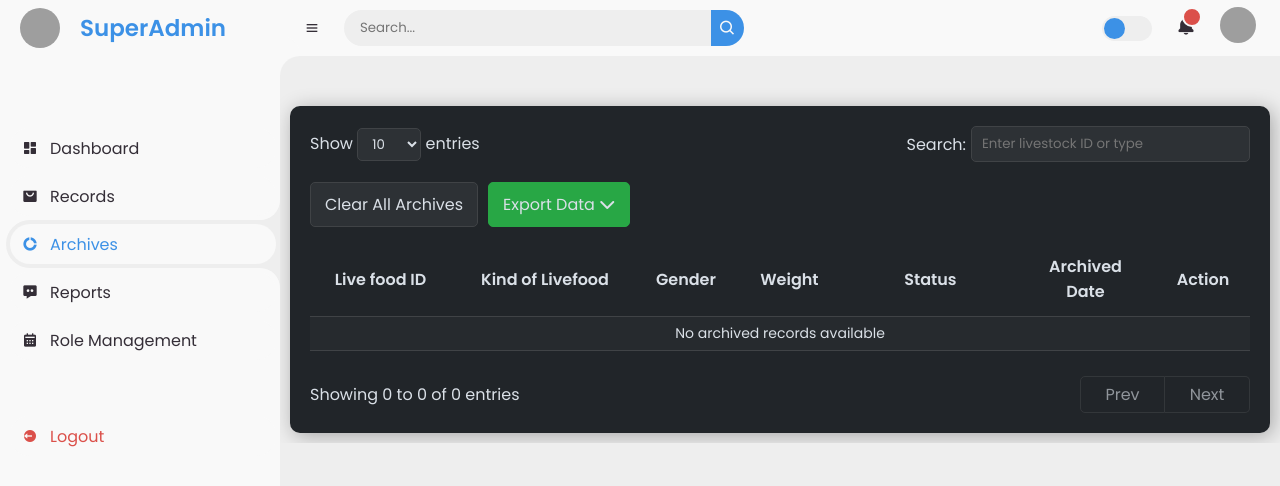
Repository: gaelly-ace/Capstone-System
Page: archive.html
The author's editor kept a copy of each file at every save. The page is drawn from the files as they stood at one save, then again after the next save.
The browser window is 1280 px wide. The pictures show the whole page.
Pictures or frames that could not be fetched are drawn as grey boxes.

Above is the page before, as saved 2025-10-14 15:46:14.

### archive.html
<!DOCTYPE html>
<html lang="en">
<head>
    <meta charset="UTF-8">
    <meta name="viewport" content="width=device-width, initial-scale=1.0">

    <!-- Boxicons -->
    <link href='https://unpkg.com/boxicons@2.0.9/css/boxicons.min.css' rel='stylesheet'>
    <!--Font Awesome CDN-->
    <link rel="stylesheet" href="https://cdnjs.cloudflare.com/ajax/libs/font-awesome/6.2.1/css/all.min.css" integrity="sha512-MV7K8+y+gLIBoVD59lQIYicR65iaqukzvf/nwasF0nqhPay5w/9lJmVM2hMDcnK1OnMGCdVK+iQrJ7lzPJQd1w==" crossorigin="anonymous" referrerpolicy="no-referrer" />
    <!-- SheetJS for Excel export -->
    <script src="https://cdnjs.cloudflare.com/ajax/libs/xlsx/0.18.5/xlsx.full.min.js"></script>
    <!-- jsPDF for PDF export -->
    <script src="https://cdnjs.cloudflare.com/ajax/libs/jspdf/2.5.1/jspdf.umd.min.js"></script>
    <script src="https://cdnjs.cloudflare.com/ajax/libs/jspdf-autotable/3.5.31/jspdf.plugin.autotable.min.js"></script>
	<!-- My CSS -->
	<link rel="stylesheet" href="archive.css">

<title>PSMO - Archives</title>
</head>
<body>

	<!-- SIDEBAR -->
	<section id="sidebar">
		<a href="index.html" class="brand">
			<img src="IMAGES/PSMO.png" class="logo">
			<span class="text">SuperAdmin</span>
		</a>
		<ul class="side-menu top">
			<li>
				<a href="index.html">
					<i class='bx bxs-dashboard' ></i>
					<span class="text">Dashboard</span>
				</a>
			</li>
			<li>
				<a href="records.html">
					<i class='bx bxs-shopping-bag-alt' ></i>
					<span class="text">Records</span>
				</a>
			</li>
			<li class="active">
				<a href="archives.html">
					<i class='bx bxs-doughnut-chart' ></i>
					<span class="text">Archives</span>
				</a>
			</li>
			<li>
				<a href="reports.html">
					<i class='bx bxs-message-dots' ></i>
					<span class="text">Reports</span>
				</a>
			</li>
            <li>
				<a href="team.html">
					<i class='bx bxs-calendar' ></i>
					<span class="text">Role Management</span>
				</a>
			</li>
		</ul>
		<ul class="side-menu">
			<li>
				<a href="sign.html" class="logout">
					<i class='bx bxs-log-out-circle' ></i>
					<span class="text">Logout</span>
				</a>
			</li>
		</ul>
	</section>
	<!-- SIDEBAR -->

	<!-- CONTENT -->
	<section id="content">
		<!-- NAVBAR -->
		<nav>
			<i class='bx bx-menu' ></i>
			<form action="#">
				<div class="form-input">
					<input type="search" placeholder="Search...">
					<button type="submit" class="search-btn"><i class='bx bx-search' ></i></button>
				</div>
			</form>
			<input type="checkbox" id="switch-mode" hidden>
			<label for="switch-mode" class="switch-mode"></label>
			<a href="notif.html" class="notification">
				<i class='bx bxs-bell' ></i>
				<span class="num"></span>
			</a>
			<a href="profile.html" class="profile">
				<img src="IMAGES/" id="navbar-profile-img">
			</a>
		</nav>
		<!-- NAVBAR -->

		 <!-- ARCHIVED RECORDS -->
        <div class="container">
            <header>
                <div class="filterEntries">
                    <div class="entries">
                        Show <select name="" id="table_size">
                            <option value="10">10</option>
                            <option value="20">20</option>
                            <option value="50">50</option>
                            <option value="100">100</option>
                        </select> entries
                    </div>

                    <div class="filter">
                        <label for="search">Search:</label>
                        <input type="search" name="" id="search" placeholder="Enter livestock ID or type">
                    </div>
                </div>

                <div class="actionButtons">
                    <button id="clearAllBtn" class="clearAllBtn">Clear All Archives</button>
                    <div class="exportMenu">
                        <button class="exportBtn">Export Data <i class="fas fa-chevron-down"></i></button>
                        <div class="exportOptions">
                            <button id="exportPDF">Export as PDF</button>
                            <button id="exportExcel">Export as Excel</button>
                        </div>
                    </div>
                </div>
            </header>

            <div class="table-container">
                <table>
                    <thead>
                        <tr class="heading">
                            <th>Live food ID</th>
                            <th>Kind of Livefood</th>
                            <th>Gender</th>
                            <th>Weight</th>
                            <th>Status</th>
                            <th>Archived Date</th>
                            <th>Action</th>
                        </tr>
                    </thead>
                    <tbody class="userInfo">
                        <!-- Data will be displayed here automatically -->
                    </tbody>
                </table>
            </div>

            <footer>
                <span class="showEntries">Showing 1 to 10 of 0 entries</span>
                <div class="pagination">
                    <!-- Pagination buttons will be generated here -->
                </div>
            </footer>
        </div>

        <!-- Confirmation Modal -->
        <div class="confirmation_bg">
            <div class="confirmation_popup">
                <header>
                    <h2 class="confirmationTitle">Confirm Action</h2>
                    <button class="closeConfirmBtn">&times;</button>
                </header>
                <div class="confirmation-body">
                    <p id="confirmationMessage">Are you sure you want to perform this action?</p>
                </div>
                <footer class="confirmationFooter">
                    <button class="cancelConfirmBtn">Cancel</button>
                    <button class="confirmBtn">Confirm</button>
                </footer>
            </div>
        </div>

        <!-- ARCHIVED RECORDS ENDS HERE -->
    </section>
    <!-- CONTENT -->

    <script src="archive.js"></script>
</body>
</html>

### archive.css
@import url('https://fonts.googleapis.com/css2?family=Lato:wght@400;700&family=Poppins:wght@400;500;600;700&display=swap');

* {
    margin: 0;
    padding: 0;
    box-sizing: border-box;
}

a {
    text-decoration: none;
}

li {
    list-style: none;
}

:root {
    --poppins: 'Poppins', sans-serif;
    --lato: 'Lato', sans-serif;

    --light: #F9F9F9;
    --blue: #3C91E6;
    --light-blue: #CFE8FF;
    --grey: #eee;
    --dark-grey: #AAAAAA;
    --dark: #342E37;
    --red: #DB504A;
    --yellow: #FFCE26;
    --light-yellow: #FFF2C6;
    --orange: #FD7238;
    --light-orange: #FFE0D3;
}

html {
    overflow-x: hidden;
}

body.dark {
    --light: #0C0C1E;
    --grey: #060714;
    --dark: #FBFBFB;
}

body {
    background: var(--grey);
    overflow-x: hidden;
}

/* SIDEBAR */
#sidebar {
    position: fixed;
    top: 0;
    left: 0;
    width: 280px;
    height: 100%;
    background: var(--light);
    z-index: 2000;
    font-family: var(--lato);
    transition: .3s ease;
    overflow-x: hidden;
    scrollbar-width: none;
}
#sidebar::--webkit-scrollbar {
    display: none;
}
#sidebar.hide {
    width: 60px;
}
#sidebar .brand {
    font-size: 23px;
    font-weight: 600;
    height: 56px;
    display: flex;
    align-items: center;
    color: var(--blue);
    position: sticky;
    top: 0;
    left: 0;
    background: var(--light);
    z-index: 500;
    padding-bottom: 20px;
    box-sizing: content-box;
}
#sidebar .brand .bx {
    min-width: 60px;
    display: flex;
    justify-content: center;
}
#sidebar .side-menu {
    width: 100%;
    margin-top: 48px;
}
#sidebar .side-menu li {
    height: 48px;
    background: transparent;
    margin-left: 6px;
    border-radius: 48px 0 0 48px;
    padding: 4px;
}
#sidebar .side-menu li.active {
    background: var(--grey);
    position: relative;
}
#sidebar .side-menu li.active::before {
    content: '';
    position: absolute;
    width: 40px;
    height: 40px;
    border-radius: 50%;
    top: -40px;
    right: 0;
    box-shadow: 20px 20px 0 var(--grey);
    z-index: -1;
}
#sidebar .side-menu li.active::after {
    content: '';
    position: absolute;
    width: 40px;
    height: 40px;
    border-radius: 50%;
    bottom: -40px;
    right: 0;
    box-shadow: 20px -20px 0 var(--grey);
    z-index: -1;
}
#sidebar .side-menu li a {
    width: 100%;
    height: 100%;
    background: var(--light);
    display: flex;
    align-items: center;
    border-radius: 48px;
    font-size: 16px;
    color: var(--dark);
    white-space: nowrap;
    overflow-x: hidden;
}
#sidebar .side-menu.top li.active a {
    color: var(--blue);
}
#sidebar.hide .side-menu li a {
    width: calc(48px - (4px * 2));
    transition: width .3s ease;
}
#sidebar .side-menu li a.logout {
    color: var(--red);
}
#sidebar .side-menu.top li a:hover {
    color: var(--blue);
}
#sidebar .side-menu li a .bx {
    min-width: calc(60px  - ((4px + 6px) * 2));
    display: flex;
    justify-content: center;
}

.logo {
    width: 80px;
    height: 80px;
    border-radius: 50%;
    padding: 20px;
}

/* CONTENT */
#content {
    position: relative;
    width: calc(100% - 280px);
    left: 280px;
    transition: .3s ease;
}
#sidebar.hide ~ #content {
    width: calc(100% - 60px);
    left: 60px;
}

/* NAVBAR */
#content nav {
    height: 56px;
    background: var(--light);
    padding: 0 24px;
    display: flex;
    align-items: center;
    grid-gap: 24px;
    font-family: var(--lato);
    position: sticky;
    top: 0;
    left: 0;
    z-index: 1000;
}
#content nav::before {
    content: '';
    position: absolute;
    width: 40px;
    height: 40px;
    bottom: -40px;
    left: 0;
    border-radius: 50%;
    box-shadow: -20px -20px 0 var(--light);
}
#content nav a {
    color: var(--dark);
}
#content nav .bx.bx-menu {
    cursor: pointer;
    color: var(--dark);
}
#content nav .nav-link {
    font-size: 16px;
    transition: .3s ease;
}
#content nav .nav-link:hover {
    color: var(--blue);
}
#content nav form {
    max-width: 400px;
    width: 100%;
    margin-right: auto;
}
#content nav form .form-input {
    display: flex;
    align-items: center;
    height: 36px;
}
#content nav form .form-input input {
    flex-grow: 1;
    padding: 0 16px;
    height: 100%;
    border: none;
    background: var(--grey);
    border-radius: 36px 0 0 36px;
    outline: none;
    width: 100%;
    color: var(--dark);
}
#content nav form .form-input button {
    width: 36px;
    height: 100%;
    display: flex;
    justify-content: center;
    align-items: center;
    background: var(--blue);
    color: var(--light);
    font-size: 18px;
    border: none;
    outline: none;
    border-radius: 0 36px 36px 0;
    cursor: pointer;
}
#content nav .notification {
    font-size: 20px;
    position: relative;
}
#content nav .notification .num {
    position: absolute;
    top: -6px;
    right: -6px;
    width: 20px;
    height: 20px;
    border-radius: 50%;
    border: 2px solid var(--light);
    background: var(--red);
    color: var(--light);
    font-weight: 700;
    font-size: 12px;
    display: flex;
    justify-content: center;
    align-items: center;
}
#content nav .profile img {
    width: 36px;
    height: 36px;
    object-fit: cover;
    border-radius: 50%;
}
#content nav .switch-mode {
    display: block;
    min-width: 50px;
    height: 25px;
    border-radius: 25px;
    background: var(--grey);
    cursor: pointer;
    position: relative;
}
#content nav .switch-mode::before {
    content: '';
    position: absolute;
    top: 2px;
    left: 2px;
    bottom: 2px;
    width: calc(25px - 4px);
    background: var(--blue);
    border-radius: 50%;
    transition: all .3s ease;
}
#content nav #switch-mode:checked + .switch-mode::before {
    left: calc(100% - (25px - 4px) - 2px);
}

/* ARCHIVES STYLES */
:root{
    --dark1: #0000004d;
    --dark2: #181c20;
    --dark3: #212529;
    --dark4: #2d3135;
    --dark5: #424549;
    --dark6: #404346;
    --dark7: #9c9c9c;
    --dark8: #dae0e7;
    --dark9: #262a2e;
    --red1: #902e31;
    --green: #28a745;
    --orange: #fd7e14;
    --purple: #6f42c1;
}

*{
    font-family: 'Poppins', sans-serif;
}

.container{
    padding: 20px;
    box-shadow: 3px 3px 20px var(--dark1);
    background: var(--dark3);
    border-radius: 10px;
    margin: 10px;
    margin-top: 50px;
}

.container header .filterEntries{
    display: flex;
    justify-content: space-between;
    align-items: center;
    margin-bottom: 20px;
}

.filterEntries .entries{
    color: var(--dark8);
}

.filterEntries .entries select, .filterEntries .filter input{
    padding: 7px 10px;
    border: 1px solid var(--dark6);
    color: var(--dark8);
    background: var(--dark4);
    border-radius: 5px;
    outline: none;
    transition: 0.3s;
    cursor: pointer;
}

.filterEntries .entries select{
    padding: 5px 10px;
}

.filterEntries .filter{
    display: flex;
    align-items: center;
}

.filter label{
    color: var(--dark8);
    margin-right: 5px;
}

.filter input:focus{
    border-color: var(--dark7);
}

.container header .actionButtons {
    margin-bottom: 15px;
    display: flex;
    gap: 10px;
    align-items: center;
}

.actionButtons button{
    padding: 9px 14px;
    color: var(--dark8);
    background: transparent;
    font-size: 16px;
    cursor: pointer;
    pointer-events: auto;
    outline: none;
    border: 1px solid var(--dark6);
    background: var(--dark4);
    border-radius: 5px;
}

.actionButtons button:hover{
    background: var(--dark5);
}

.exportBtn {
    background: var(--green) !important;
    border-color: var(--green) !important;
}

.exportBtn:hover {
    background: #218838 !important;
}

.container table{
    border-collapse: collapse;
    text-align: left;
    width: 100%;
    table-layout: fixed;
}

table .heading{
    background: var(--dark5);
    background: transparent;
    color: var(--dark8);
}

table .heading th:hover{
    background: var(--dark4);
    transition: 0.3s;
}

table tr th, table tr td{
    padding: 8px 12px;
    color: var(--dark8);
    vertical-align: middle;
    text-align: center;
    word-wrap: break-word;
    overflow-wrap: break-word;
    white-space: normal;
}

table tr th{
    padding: 12px 15px;
    font-weight: 600;
}

table tr td img{
    vertical-align: middle;
}
table tr:hover{
    cursor: pointer;
    background: var(--dark9);
}

table tr td{
    border-bottom: 1px solid var(--dark6);
}

table tbody tr:first-child td{
    border-top: 1px solid var(--dark6);
}

table tbody tr:nth-child(odd){
    background: var(--dark9);
}

table tr td{
    font-size: 14px;
}

/* Set specific column widths that work within screen bounds */
.container table th:nth-child(1),
.container table td:nth-child(1) {
    width: 15%;
}

.container table th:nth-child(2),
.container table td:nth-child(2) {
    width: 20%;
}

.container table th:nth-child(3),
.container table td:nth-child(3) {
    width: 10%;
}

.container table th:nth-child(4),
.container table td:nth-child(4) {
    width: 12%;
}

.container table th:nth-child(5),
.container table td:nth-child(5) {
    width: 18%;
}

.container table th:nth-child(6),
.container table td:nth-child(6) {
    width: 15%;
}

.container table th:nth-child(7),
.container table td:nth-child(7) {
    width: 10%;
}

table td button{
    margin: 2px;
    padding: 5px 8px;
    background: var(--dark5);
    color: var(--dark8);
    font-size: 12px;
    cursor: pointer;
    pointer-events: auto;
    outline: none;
    border: 1px solid var(--dark7);
    border-radius: 3px;
}

.unarchiveBtn {
    background: var(--red) !important;
    border-color: var(--red) !important;
    color: white !important;
}

.unarchiveBtn:hover {
    background: #c1432d !important;
}

.container footer{
    margin-top: 25px;
    font-size: 16px;
    display: flex;
    justify-content: space-between;
    align-items: center;
}

.container footer span{
    color: var(--dark8);
}

footer .pagination{
    display: flex;
}

footer .pagination button{
    width: 40px;
    padding: 5px 0;
    color: var(--dark8);
    background: transparent;
    font-size: 16px;
    cursor: pointer;
    pointer-events: auto;
    outline: none;
    border: 1px solid var(--dark6);
    border-left: none;
    margin: 0;
}

.pagination button:first-child{
    width: 85px;
    border-top-left-radius: 5px;
    border-bottom-left-radius: 5px;
    border-left: 1px solid var(--dark6);
    opacity: 0.6;
    pointer-events: none;
}

.pagination button:last-child{
    width: 85px;
    border-top-right-radius: 5px;
    border-bottom-right-radius: 5px;
    opacity: 0.6;
    pointer-events: none;
}

.pagination button.active, .pagination button:hover{
    background: var(--red1);
}

.pagination button.act:first-child{
    opacity: 1;
    pointer-events: auto;
}

.pagination button.act:last-child{
    opacity: 1;
    pointer-events: auto;
}

table tr .empty{
    padding: 6px;
    background: var(--dark9);
}

.exportMenu {
    position: relative;
    display: inline-block;
}

.exportOptions {
    display: none;
    position: absolute;
    background-color: var(--dark4);
    min-width: 160px;
    box-shadow: 0px 8px 16px 0px rgba(0,0,0,0.2);
    border-radius: 5px;
    z-index: 1;
    top: 100%;
    right: 0;
}

.exportOptions button {
    color: var(--dark8);
    padding: 12px 16px;
    text-decoration: none;
    display: block;
    width: 100%;
    text-align: left;
    border: none;
    background: none;
    cursor: pointer;
}

.exportOptions button:hover {
    background-color: var(--dark5);
}

.exportMenu:hover .exportOptions {
    display: block;
}

/* Confirmation Modal */
.confirmation_bg{
    position: fixed;
    top: 0;
    left: 0;
    width: 100%;
    height: 100%;
    background: rgba(0,0,0,0.6);
    display: flex;
    justify-content: center;
    align-items: center;
    opacity: 0;
    visibility: hidden;
    z-index: 9999;
    transition: all 0.3s ease;
}

.confirmation_bg.active {
    opacity: 1;
    visibility: visible;
}

.confirmation_popup{
    border-radius: 5px;
    box-shadow: 3px 3px 20px rgba(0,0,0,0.3);
    background: var(--dark3);
    transition: 0.4s;
    user-select: none;
    transform: scale(0.7);
    opacity: 0;
    visibility: hidden;
    max-width: 500px;
    width: 90%;
    max-height: 300px;
}

.confirmation_bg.active .confirmation_popup {
    transform: scale(1);
    opacity: 1;
    visibility: visible;
}

.confirmation_popup header{
    display: flex;
    justify-content: space-between;
    align-items: center;
    border-bottom: 1px solid var(--dark7);
    padding: 15px 20px;
    color: var(--dark8);
}

.confirmation_popup header h2 {
    margin: 0;
    font-size: 18px;
}

.closeConfirmBtn{
    background: none;
    border: none;
    color: var(--dark8);
    font-size: 24px;
    cursor: pointer;
    padding: 5px 10px;
    border-radius: 3px;
    transition: background-color 0.3s;
}

.closeConfirmBtn:hover{
    background: var(--dark5);
}

.confirmation-body {
    padding: 20px;
    text-align: center;
}

.confirmation-body p {
    color: var(--dark8);
    font-size: 16px;
    margin: 0;
}

.confirmationFooter{
    border-top: 1px solid var(--dark7);
    padding: 15px 20px;
    text-align: right;
    display: flex;
    justify-content: flex-end;
    gap: 10px;
}

.cancelConfirmBtn, .confirmBtn {
    padding: 10px 20px;
    border: 1px solid var(--dark6);
    border-radius: 5px;
    cursor: pointer;
    font-size: 14px;
    transition: all 0.3s ease;
}

.cancelConfirmBtn {
    background: var(--dark4);
    color: var(--dark8);
}

.cancelConfirmBtn:hover {
    background: var(--dark5);
}

.confirmBtn {
    background: var(--red1);
    color: white;
    border-color: var(--red1);
}

.confirmBtn:hover {
    background: #7a252a;
}

/* Archive specific styles */
.archived-date {
    font-size: 12px;
    color: var(--dark7);
}

@media only screen and (max-width: 1024px) {
    .container table {
        width: 100%;
    }
}

@media only screen and (max-width: 810px) {
    .container table {
        width: 100%;
    }
}

@media only screen and (max-width: 768px) {
    .container table {
        font-size: 12px;
    }

    table tr th, table tr td {
        padding: 6px 4px;
    }

    .actionButtons {
        flex-wrap: wrap;
    }

    /* Adjust column widths for mobile */
    .container table th:nth-child(2),
    .container table td:nth-child(2) {
        width: 25%;
    }

    .container table th:nth-child(6),
    .container table td:nth-child(6) {
        display: none;
    }
}

@media only screen and (max-width: 480px) {
    .container table th:nth-child(4),
    .container table td:nth-child(4),
    .container table th:nth-child(5),
    .container table td:nth-child(5) {
        display: none;
    }

    .container table th:nth-child(2),
    .container table td:nth-child(2) {
        width: 40%;
    }
}

@media only screen and (max-width: 460px) {
    #content nav form .form-input input {
        display: none;
    }

    #content nav form .form-input button {
        width: auto;
        height: auto;
        background: transparent;
        border-radius: none;
        color: var(--dark);
    }

    #content nav form.show .form-input input {
        display: block;
        width: 100%;
    }
    #content nav form.show .form-input button {
        width: 26px;
        height: 100%;
        border-radius: 0 36px 36px 0;
        color: var(--light);
        background: var(--red);
    }

    .filter label {
        display: none;
    }

    .confirmation_popup {
        margin: 20px;
    }

    .confirmationFooter {
        flex-direction: column;
    }

    .cancelConfirmBtn, .confirmBtn {
        width: 100%;
        margin: 5px 0;
    }
}

Loaded but not shown: archive.js (532 lines, source omitted)

After the next save:
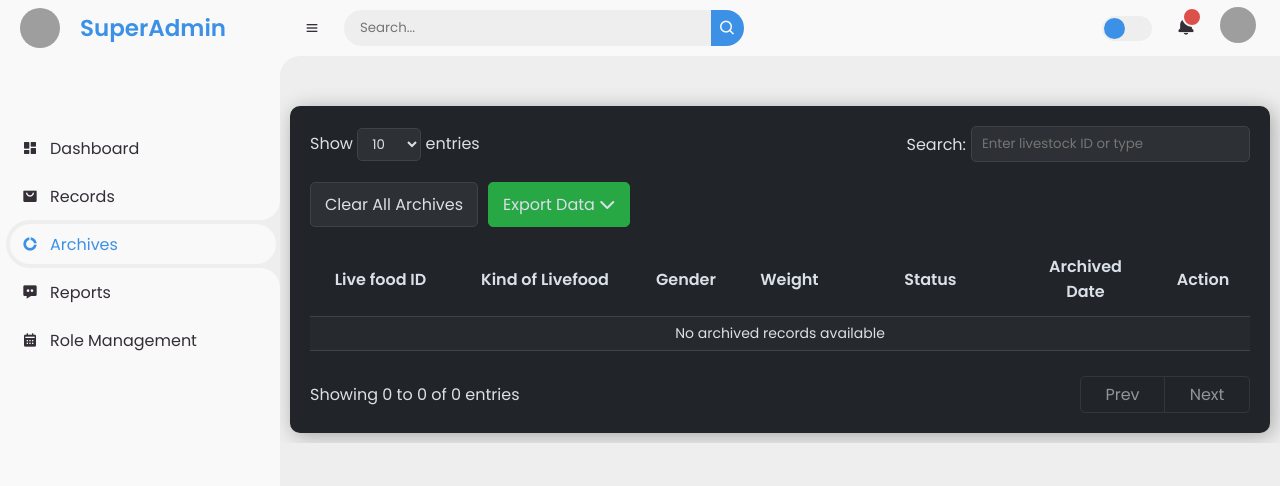
Saved 79 s later.
--- a/archive.html
+++ b/archive.html
@@ -59,12 +59,8 @@
 			</li>
 		</ul>
 		<ul class="side-menu">
-			<li>
-				<a href="sign.html" class="logout">
-					<i class='bx bxs-log-out-circle' ></i>
-					<span class="text">Logout</span>
-				</a>
-			</li>
+
+
 		</ul>
 	</section>
 	<!-- SIDEBAR -->
